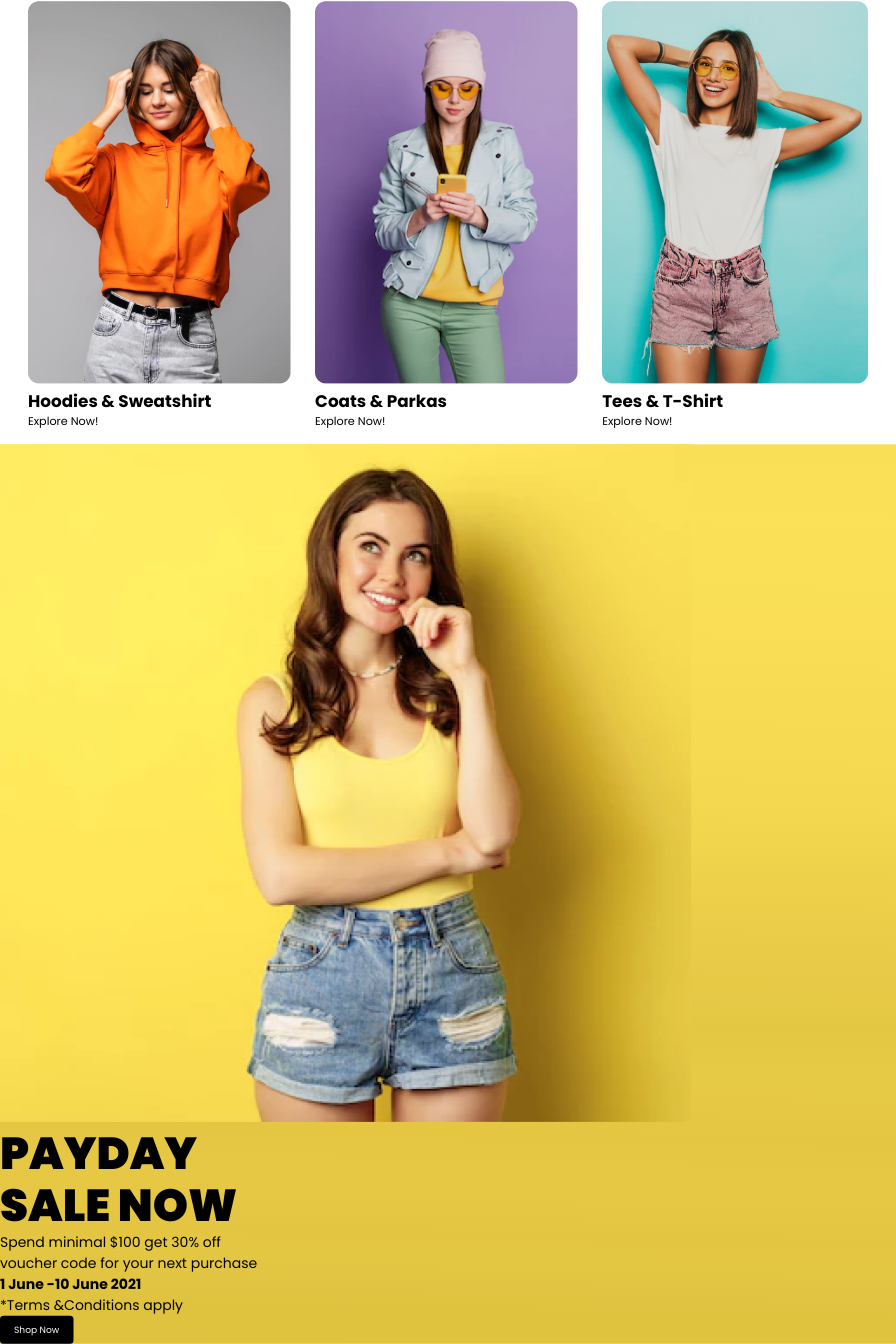
Repository: isaacCodes1/FashionSite
Page: index.html
An editor plug-in stored every save of this project. The page is shown before and after the next save, followed by the edit.
The browser window is 1280 px wide. The pictures show the part of the page from y = 1004 to 2924 px (the page is 2924 px tall before and 1949 px after), at 70% of full size.

Above is the page before, as saved 2024-03-12 13:23:56.

After the next save:
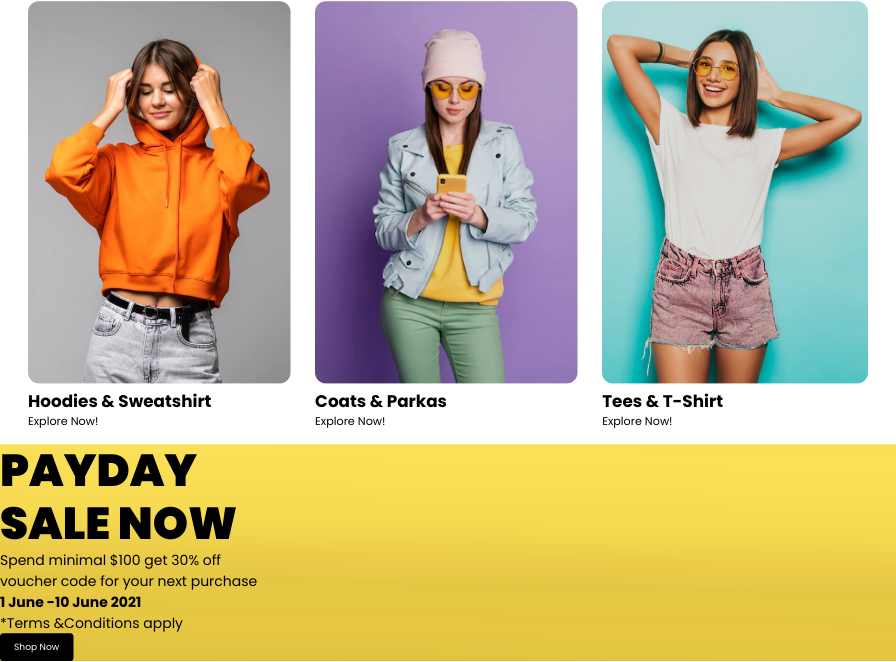
Saved 65 s later.
--- a/index.html
+++ b/index.html
@@ -98,9 +98,7 @@
       </section>
       <section class="payDay">
         <div class="genDiv">
-          <div class="yellowImg">
-            <img src="/Assets/image 12.png" alt="">
-          </div>
+
           <div class="yellowTxt">
             <h1><span class="spn3">PAYDAY</span><br>SALE NOW</h1>
             <p>Spend minimal $100 get 30% off  <br>voucher code for your next purchase</p>
